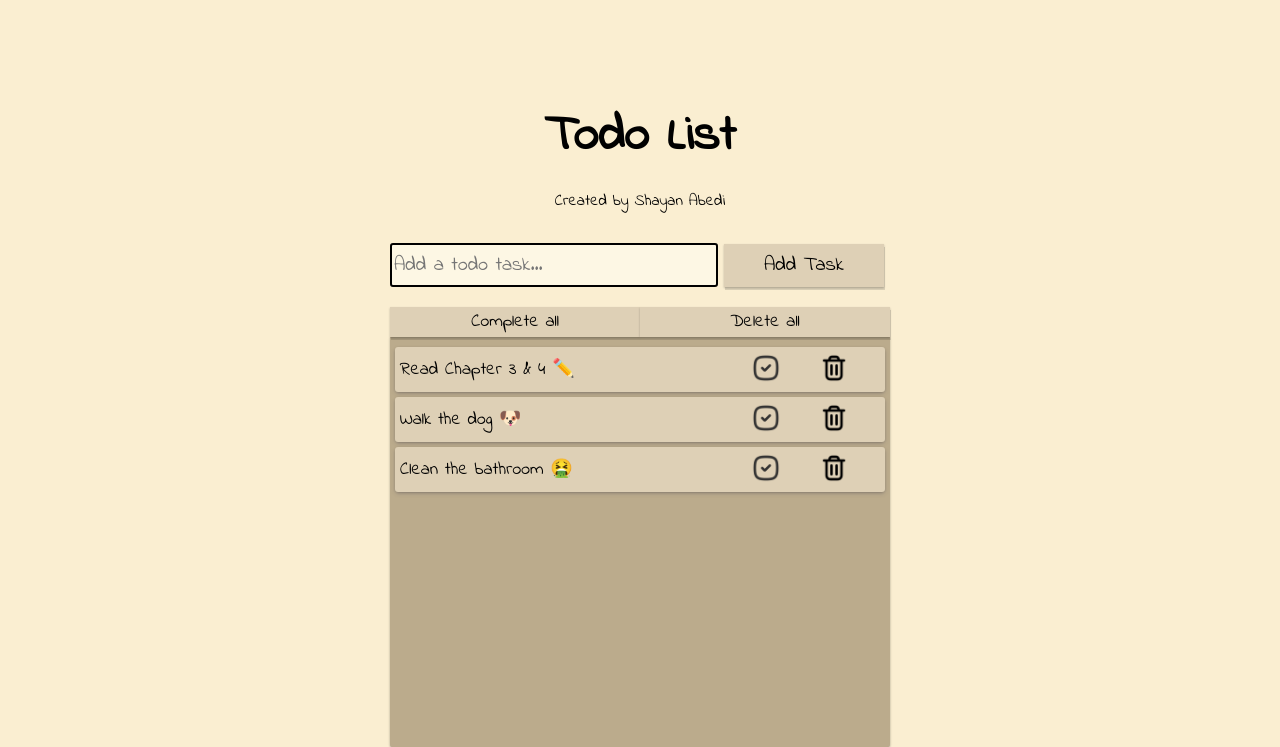
Repository: shayanabedi98/todo-list
Page: /
An editor plug-in stored every save of this project. The page is shown before and after the next save, followed by the edit.
The browser window is 1280 px wide. The pictures show the whole page.
The project was rebuilt for these pictures with package versions that can differ from the ones it lists, and the page was loaded fresh each time. Also part of the build but not shown: vite.config.js.

Above is the page before, as saved 2023-12-30 20:25:21.

After the next save:
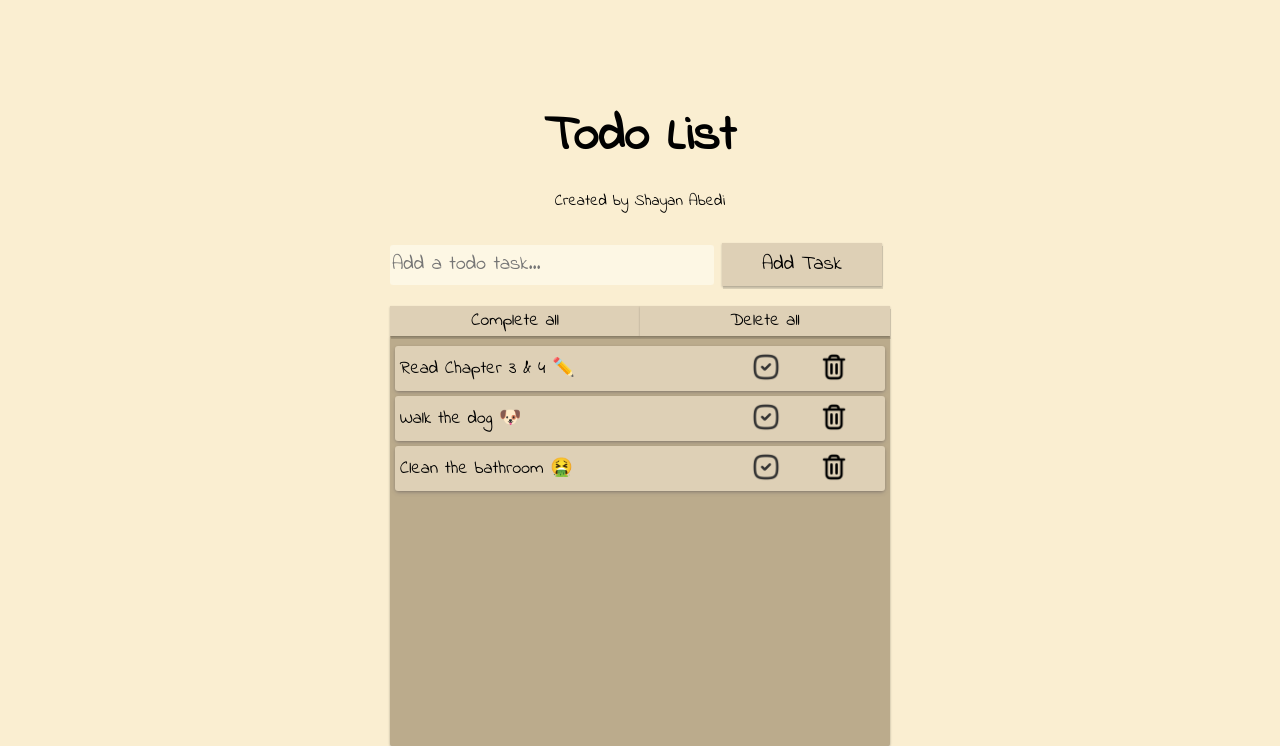
Saved 38 s later.
--- a/src/index.css
+++ b/src/index.css
@@ -22,7 +22,7 @@ h1 {
 
 .create-task input {
   background-color: #fdf7e4;
-  border: 2px solid black;
+  border: none;
   border-radius: 3px;
   font-size: 20px;
   height: 38px;
